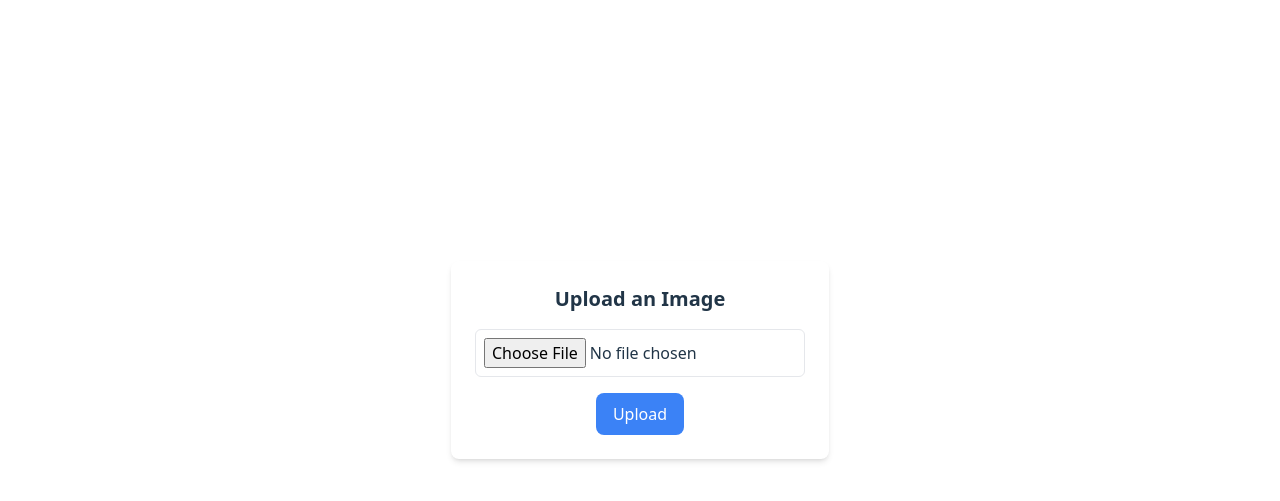
Repository: Pahyn/malocclusion-react
Page: /
The author's editor kept a copy of each file at every save. The page is drawn from the files as they stood at one save, then again after the next save.
The browser window is 1280 px wide. The pictures show the whole page.
The project was rebuilt for these pictures with package versions that can differ from the ones it lists, and the page was loaded fresh each time. Also part of the build but not shown: vite.config.ts.

Above is the page before, as saved 2025-03-01 03:19:30.

After the next save:
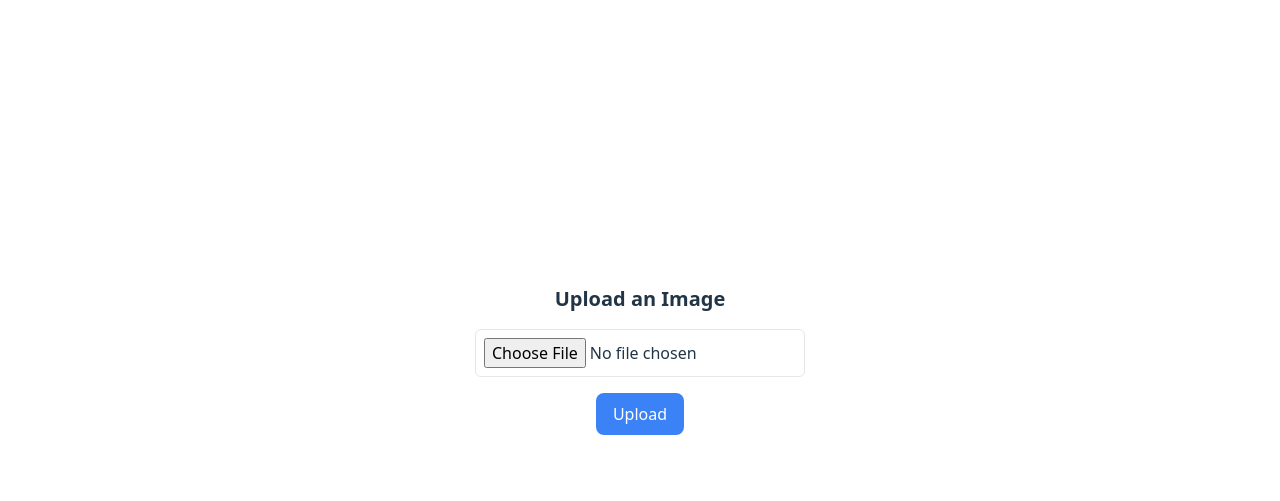
Saved 42 s later.
--- a/src/UploadForm.tsx
+++ b/src/UploadForm.tsx
@@ -42,7 +42,7 @@ const UploadForm: React.FC = () => {
     };
 
     return (
-        <div className="flex flex-col items-center gap-4 p-6 bg-white shadow-md rounded-lg">
+        <div className="flex flex-col items-center gap-4 p-6 bg-white rounded-lg">
             <h2 className="text-xl font-semibold">Upload an Image</h2>
 
             <input type="file" accept="image/*" onChange={handleFileChange} className="p-2 border rounded-md" />
